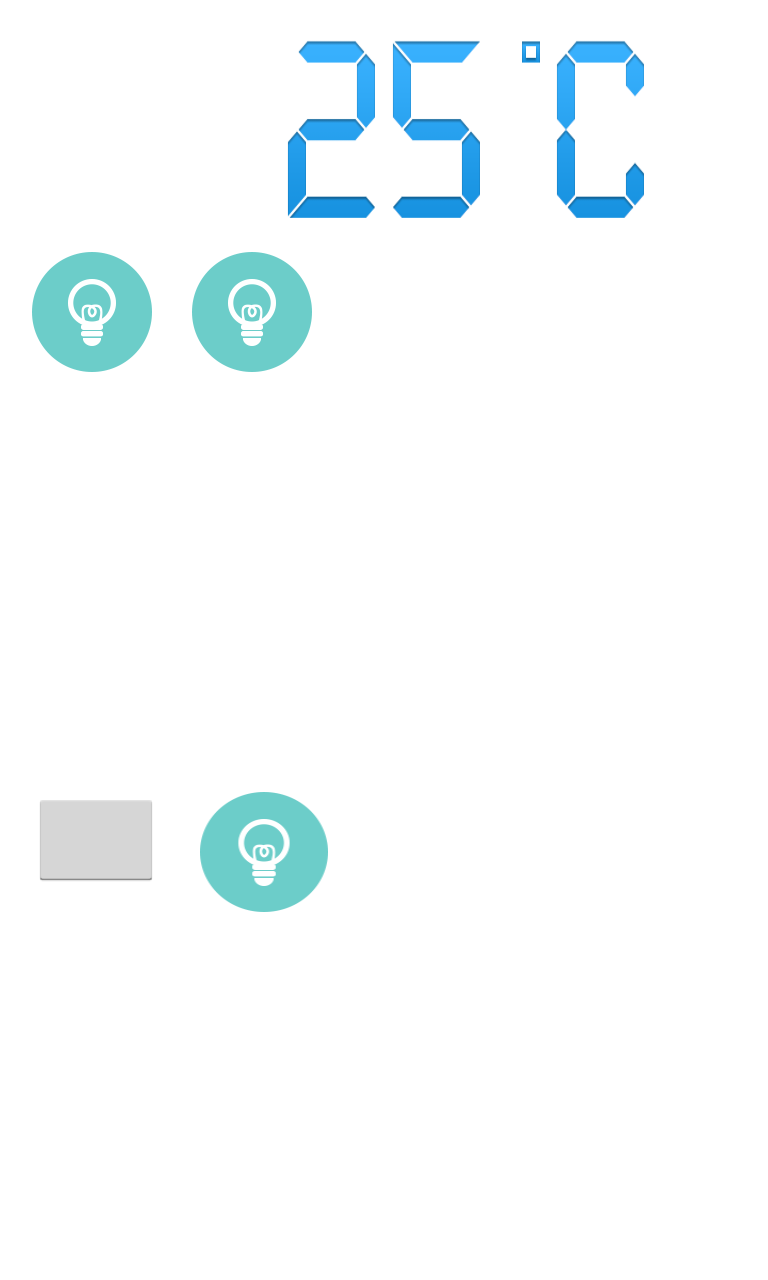
Repository: MyungSinKim/mqtt-demo
Layout: cloud2-demo/res/layout/main.xml
The author's editor kept a copy of each file at every save. The layout is drawn from the files as they stood at one save, then again after the next save.
It is drawn on a 768 x 1280 px phone screen (xhdpi) without system bars, with theme AppTheme; the app's code is not run.

Above is the layout before, as saved 2015-11-02 05:13:53.

### cloud2-demo/res/layout/main.xml
<RelativeLayout xmlns:android="http://schemas.android.com/apk/res/android"
    android:layout_width="match_parent"
    android:layout_height="match_parent"
    android:layout_gravity="center_horizontal"
    android:paddingBottom="@dimen/activity_vertical_margin"
    android:paddingLeft="@dimen/activity_horizontal_margin"
    android:paddingRight="@dimen/activity_horizontal_margin"
    android:paddingTop="@dimen/activity_vertical_margin" >

    <RelativeLayout
        android:id="@+id/rl1"
        android:layout_width="match_parent"
        android:layout_height="100dp" >

        <ImageView
            android:id="@+id/temperture_iv"
            android:layout_width="wrap_content"
            android:layout_height="100dp"
            android:layout_centerHorizontal="true"
            android:background="@drawable/num_25" />

        <ImageView
            android:id="@+id/temperture_unit_iv"
            android:layout_width="wrap_content"
            android:layout_height="100dp"
            android:layout_marginLeft="10dp"
            android:layout_toRightOf="@id/temperture_iv"
            android:background="@drawable/air_du" />
    </RelativeLayout>

    <RelativeLayout
        android:id="@+id/rl2"
        android:layout_width="match_parent"
        android:layout_height="200dp"
        android:layout_below="@+id/rl1" >

        <ImageView
            android:id="@+id/light_1_iv"
            android:layout_width="wrap_content"
            android:layout_height="wrap_content"
            android:layout_marginTop="10dp"
            android:background="@drawable/light_off"
            android:tag="off" />

        <ImageView
            android:id="@+id/light_2_iv"
            android:layout_width="wrap_content"
            android:layout_height="wrap_content"
            android:layout_alignTop="@+id/light_1_iv"
            android:layout_marginLeft="20dp"
            android:layout_toRightOf="@id/light_1_iv"
            android:background="@drawable/light_off"
            android:tag="off" />
    </RelativeLayout>

    <Button
        android:id="@+id/imageButton1"
        android:layout_width="wrap_content"
        android:layout_height="wrap_content"
        android:layout_below="@+id/rl2"
        android:layout_marginTop="80dp"
         />

    <Button
        android:id="@+id/imageButton2"
        android:layout_width="wrap_content"
        android:layout_height="wrap_content"
        android:layout_alignTop="@+id/imageButton1"
        android:layout_below="@+id/rl2"
        android:layout_marginLeft="20dp"
        android:layout_toRightOf="@id/imageButton1"
        android:background="@drawable/light_off"
        android:tag="off" />

</RelativeLayout>

Loaded but not shown: cloud2-demo/res/values/styles.xml (common file); cloud2-demo/res/values-v11/styles.xml (common file); cloud2-demo/res/values-v14/styles.xml (common file); cloud2-demo/res/values/dimens.xml (common file)

After the next save:
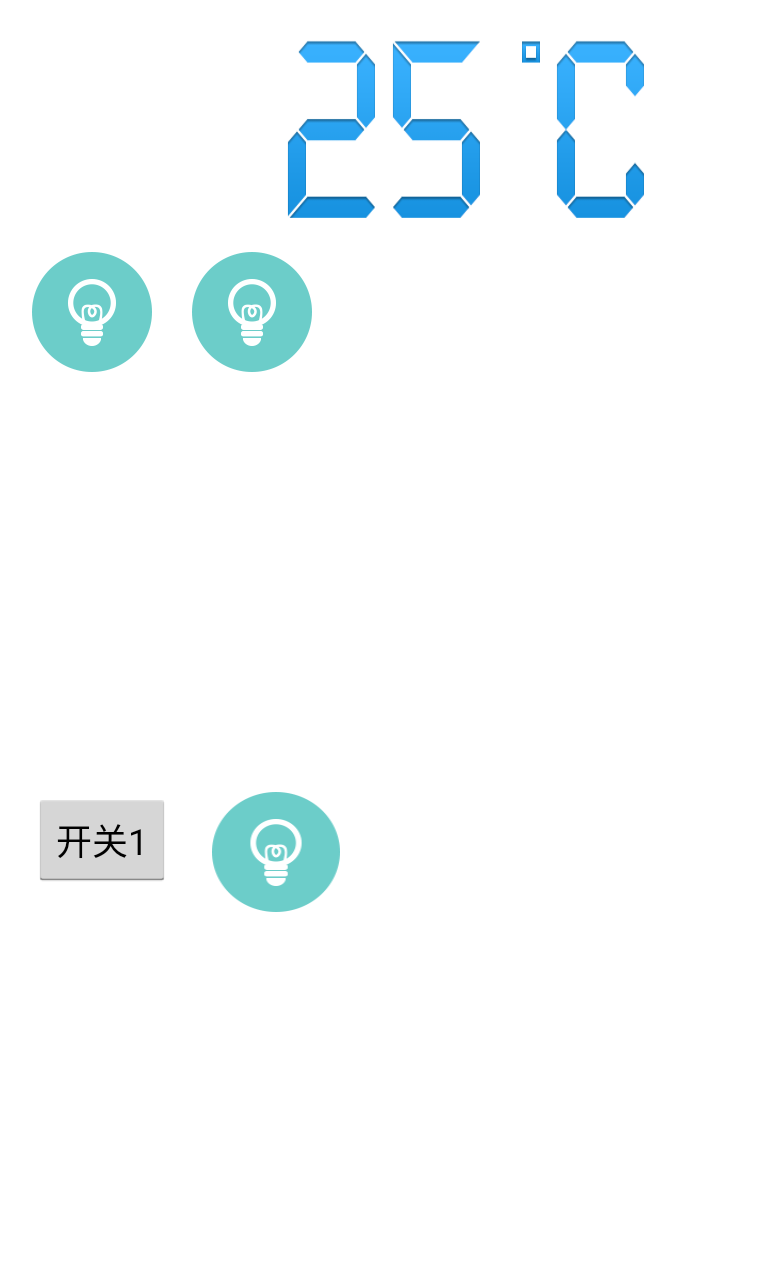
Saved 2 min 37 s later.
--- a/cloud2-demo/res/layout/main.xml
+++ b/cloud2-demo/res/layout/main.xml
@@ -59,6 +59,7 @@
         android:layout_height="wrap_content"
         android:layout_below="@+id/rl2"
         android:layout_marginTop="80dp"
+        android:text="开关1"
          />
 
     <Button
